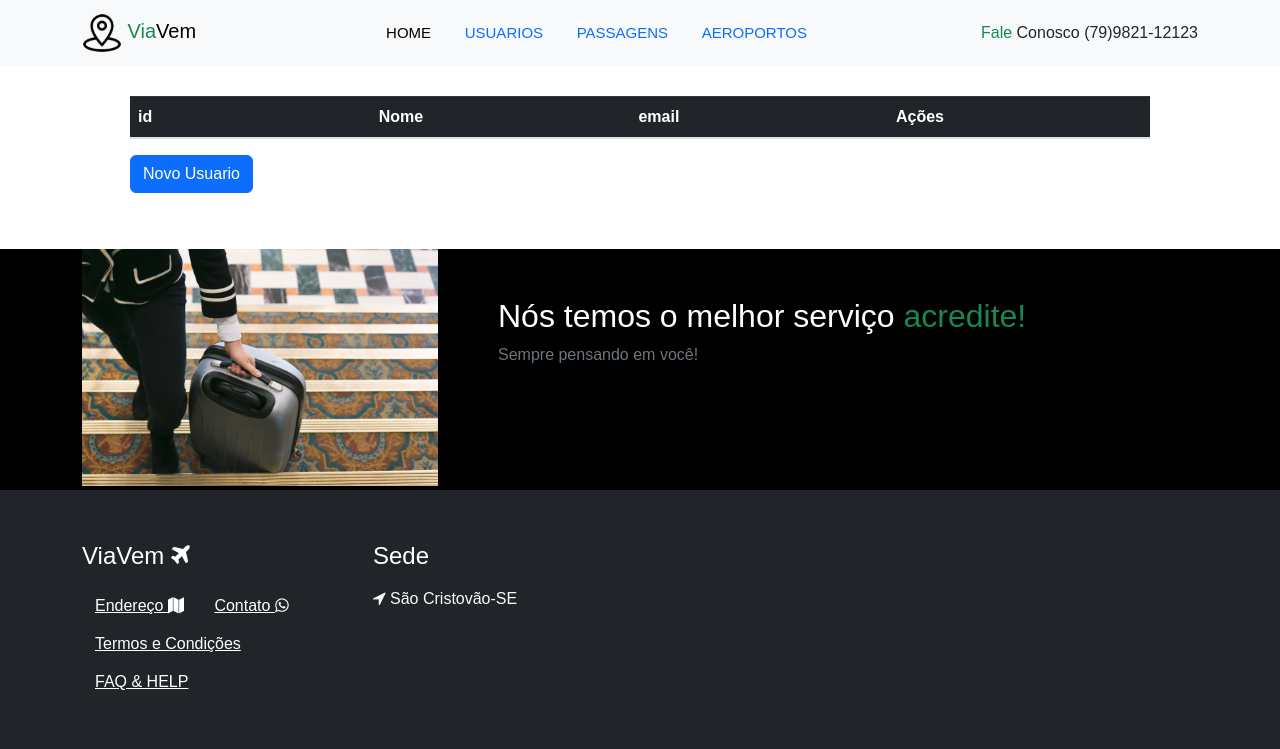
Repository: DavidSaintAnna/Desafio-modulo-4
Page: http://localhost/ViavemMvc/usuario
An editor plug-in stored every save of this project. The page is shown before and after the next save, followed by the edit.
The browser window is 1280 px wide. The pictures show the whole page.
Some web fonts or font styles are not loaded; a fallback is used. The page is served by Tomcat 9. Queries for data that is not in the repository find no rows.

Above is the page before, as saved 2023-11-07 22:47:10.
Not found: ViavemMvc/ViavemMvc/script.js

After the next save:
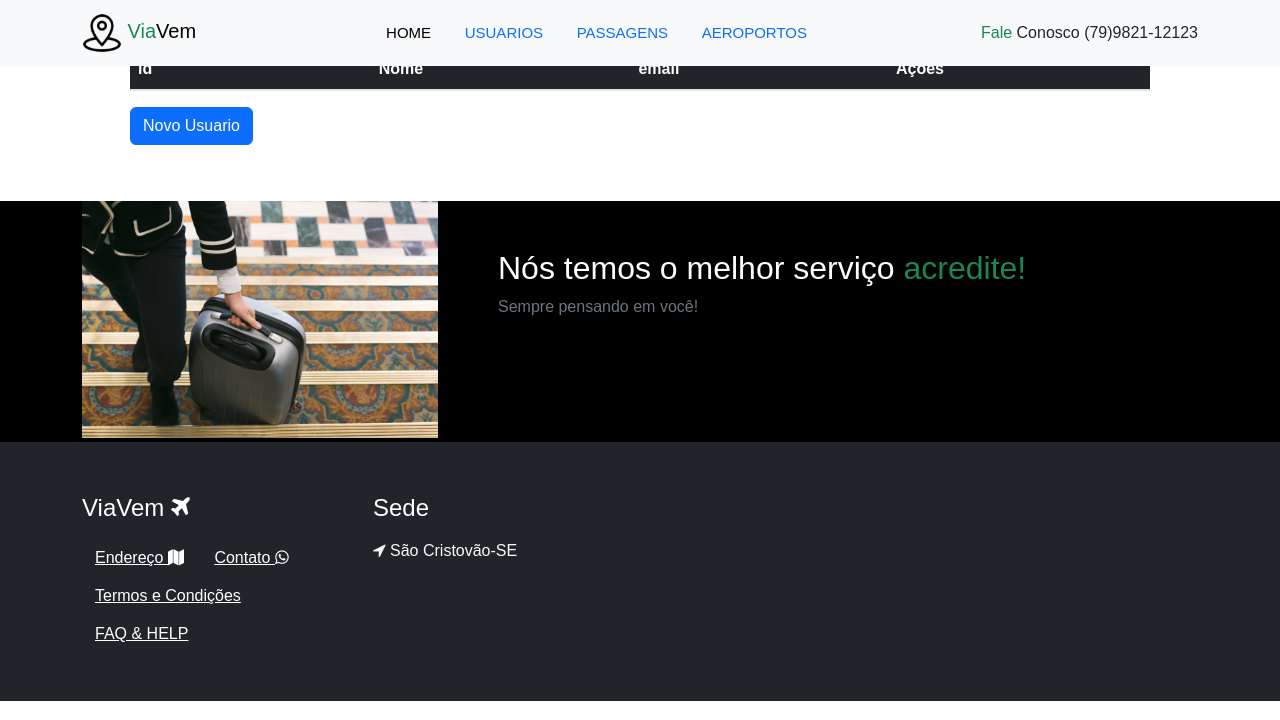
Saved 97 s later.
--- a/ViavemMvc/src/main/webapp/views/usuarios/index.jsp
+++ b/ViavemMvc/src/main/webapp/views/usuarios/index.jsp
@@ -82,7 +82,7 @@
 <main>
 		<section class="container">
 
-			<div class="p-5 mt-5">
+			<div class="p-5 mt-7">
 
 				<table class="table table-responsive table-hover">
 					<thead class="table-dark custom-thead" >
